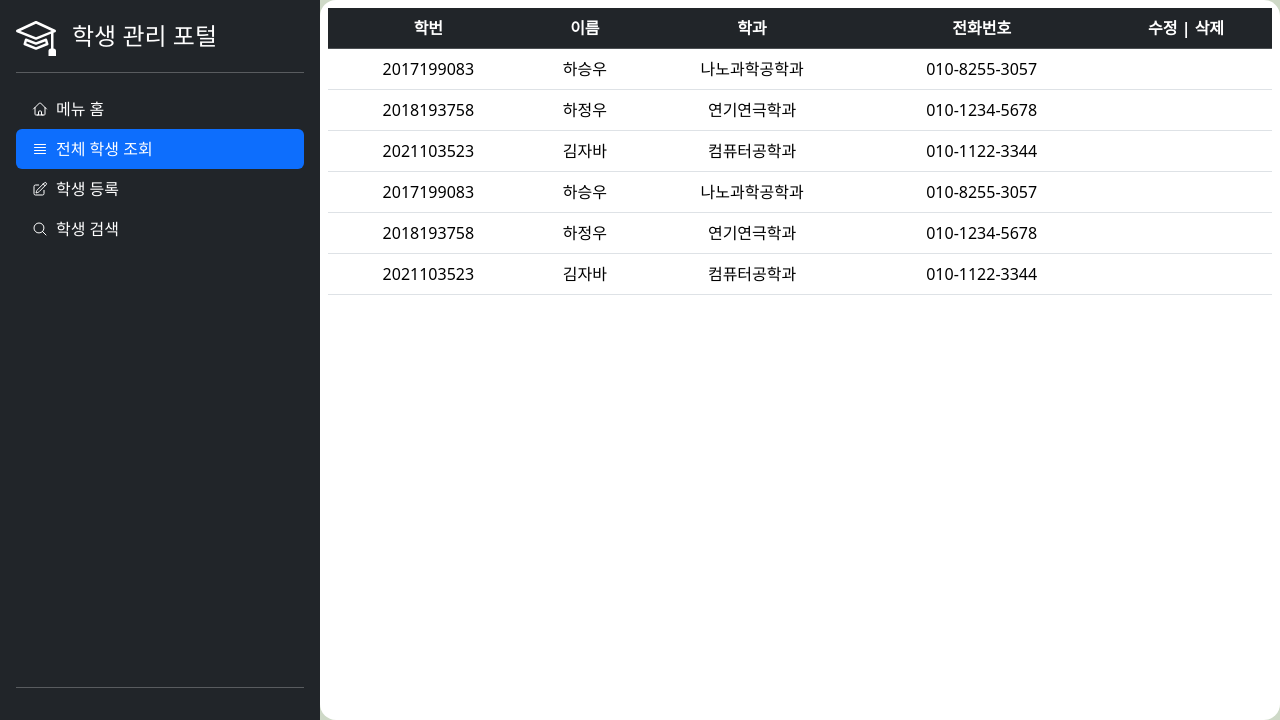
Repository: invisibleufo101/StudentManagementWeb
Page: HSW_Web/src/main/webapp/browse_students.html
The author's editor kept a copy of each file at every save. The page is drawn from the files as they stood at one save, then again after the next save.
The browser window is 1280 px wide. The pictures show the whole page.

Above is the page before, as saved 2024-09-19 12:28:17.

After the next save:
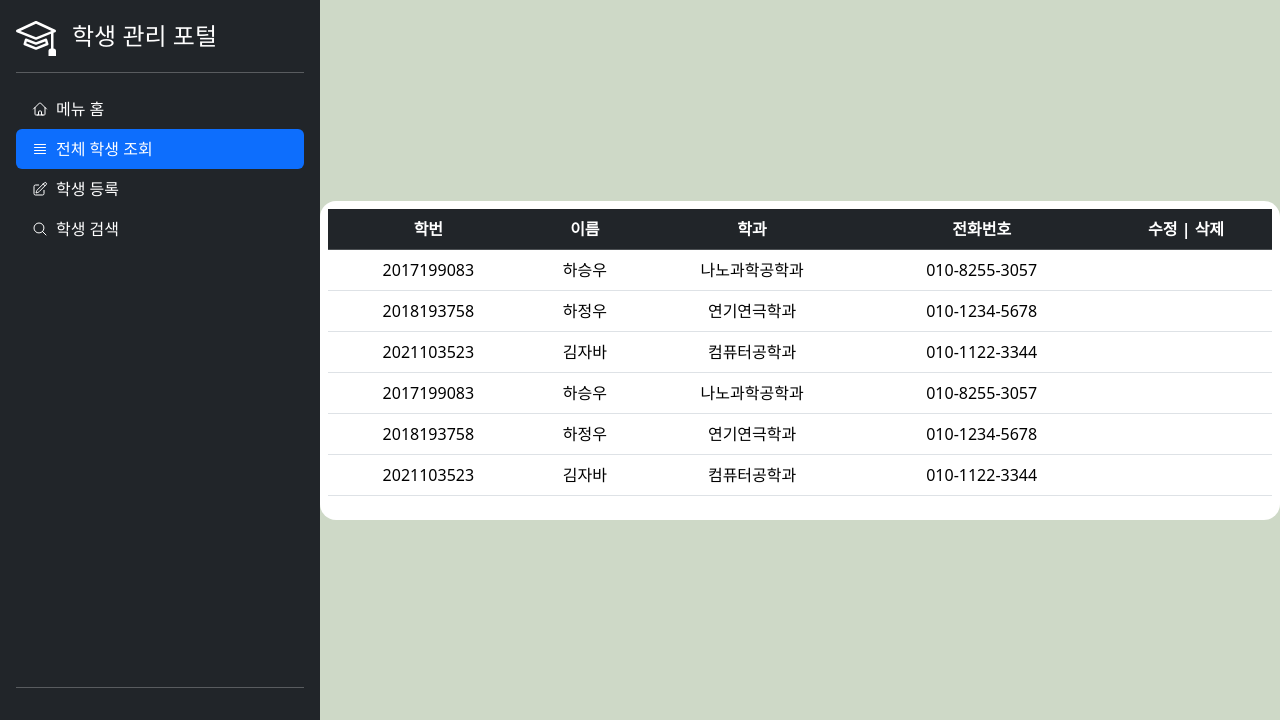
Saved 31 s later.
--- a/HSW_Web/src/main/webapp/browse_students.html
+++ b/HSW_Web/src/main/webapp/browse_students.html
@@ -65,8 +65,8 @@
 			<hr/>
 		</nav>
 		<!-- End of Navbar -->
-		<section class="d-flex justify-content-center align-items-center" style="width: 75vw; height: auto; background-color: #ced9c7;">
-			<div class="container p-2 bg-white rounded-4 overflow-y-auto vh-100">
+		<section class="d-flex justify-content-center align-items-center" style="width: 75vw; max-height: 100vh; background-color: #ced9c7;">
+			<div class="container p-2 bg-white rounded-4 overflow-y-auto">
 				<table class="table table-hover text-center">
 					<thead class="table-dark">
 						<tr>
